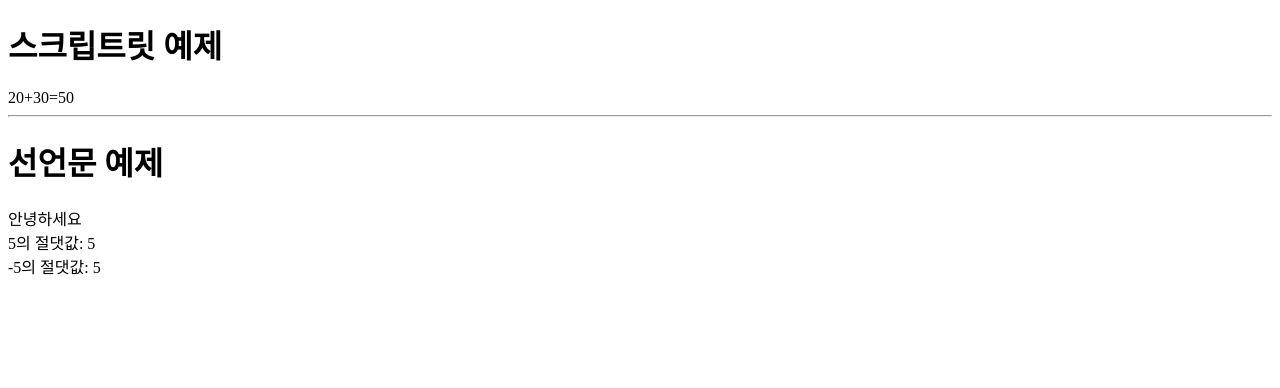
Repository: jsunnypi/JSP
Page: http://localhost/Test/Index.jsp
An editor plug-in stored every save of this project. The page is shown before and after the next save, followed by the edit.
The browser window is 1280 px wide. The pictures show the whole page.
The page is served by Tomcat 9.

Above is the page before, as saved 2024-11-14 00:34:34.

### Test/src/main/webapp/Index.jsp
<%@ page language="java" contentType="text/html; charset=UTF-8"
    pageEncoding="UTF-8"%>
<!DOCTYPE html>
<html>
<head>
<meta charset="UTF-8">
<title>Insert title here</title>
</head>
<body>
	<h1>스크립트릿 예제</h1>
	<%
		int num1 = 20;
		int num2 = 30;
		int add = num1 + num2;
		out.print(num1 + "+" + num2 + "=" + add);
	%>

	<hr>

	<h1> 선언문 예제 </h1>
	<%!
		String str = "안녕하세요";
		int a = 5, b = -5;

		public int abs(int n){
			if(n < 0){
				n = -n; // 절댓값
			}
			return n;
		}
	%>

	<%
		out.print(str + "<br>");
		out.print(a + "의 절댓값: " + abs(a) + "<br>");
		out.print(b + "의 절댓값: " + abs(b) + "<br>");
	%>
</body>
</html>

After the next save:
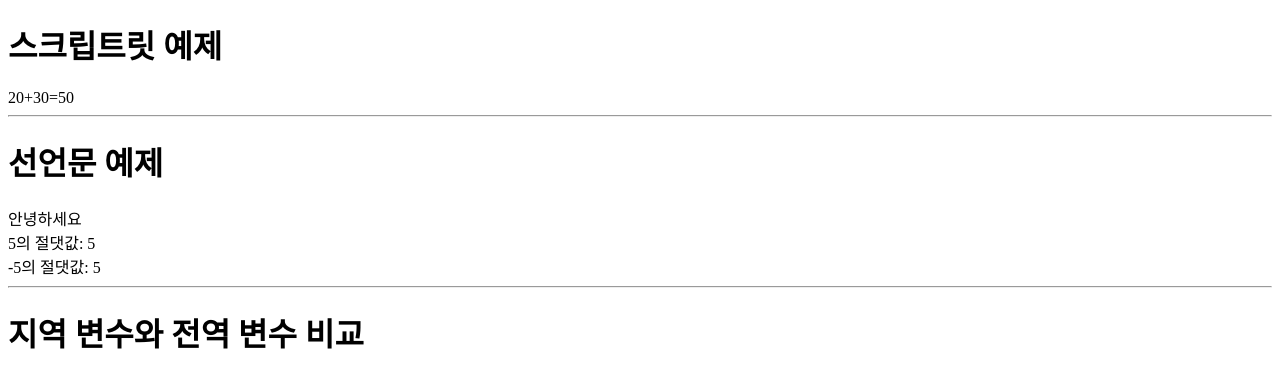
Saved 3 min 33 s later.
--- a/Test/src/main/webapp/Index.jsp
+++ b/Test/src/main/webapp/Index.jsp
@@ -35,5 +35,9 @@
 		out.print(a + "의 절댓값: " + abs(a) + "<br>");
 		out.print(b + "의 절댓값: " + abs(b) + "<br>");
 	%>
+
+	<hr>
+
+	<h1> 지역 변수와 전역 변수 비교 </h1>
 </body>
 </html>
